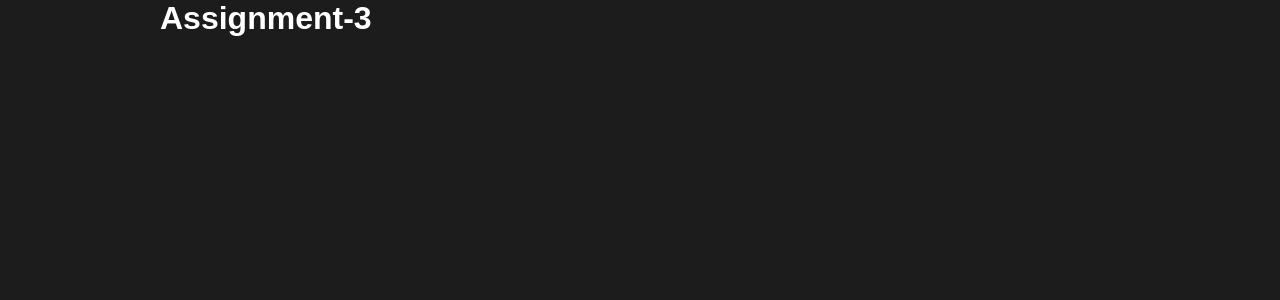
Repository: Aminul-Islam85/Assignment-3
Page: index.html
An editor plug-in stored every save of this project. The page is shown before and after the next save, followed by the edit.
The browser window is 1280 px wide. The pictures show the whole page.

Above is the page before, as saved 2024-10-31 12:59:22.

After the next save:
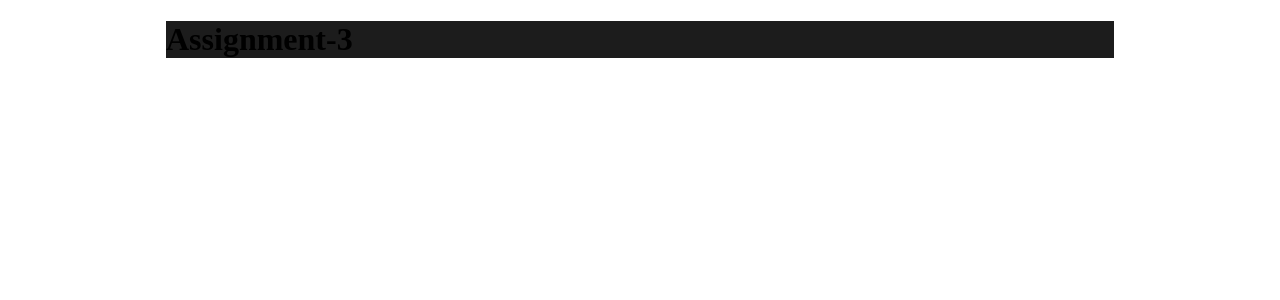
Saved 8 s later.
--- a/styles.css
+++ b/styles.css
@@ -1,15 +1,3 @@
-* {
-    margin: 0;
-    padding: 0;
-    box-sizing: border-box;
-}
-
-body {
-    font-family: 'Arial', sans-serif;
-    background-color:#1c1c1c;
-    color: #fff;
-}
-
 .app-container {
     width: 75%;
     margin: 0 auto;
